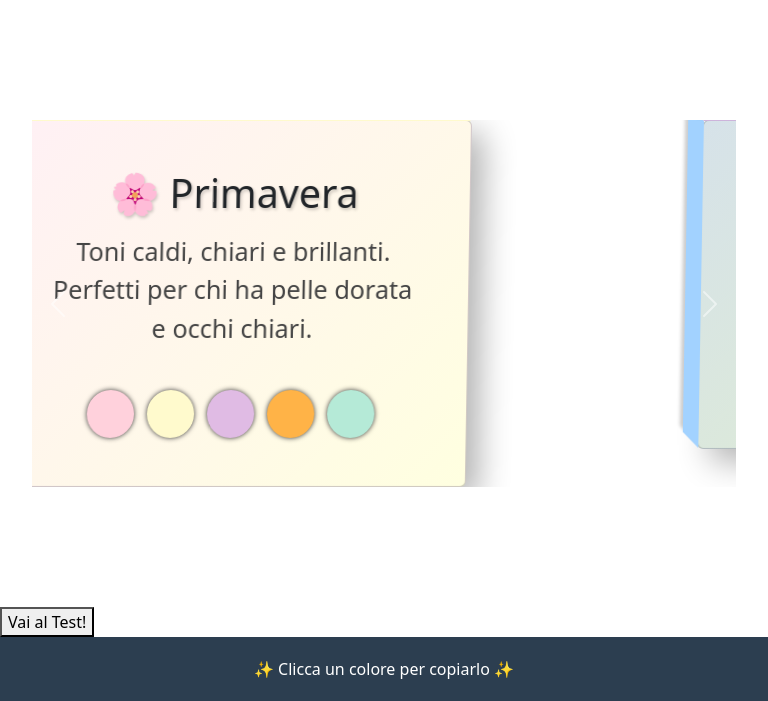
Repository: Probyte5D/Armocromia-website
Page: index.html
These files come from the project's save history. The page is drawn as it stood at one moment and after the next save; the edit follows.
The browser window is 768 px wide. The pictures show the part of the page from y = 480 to 1191 px (the page is 1181 px tall before and 1191 px after).

Above is the page before, as saved 2025-04-18 02:24:08.

After the next save:
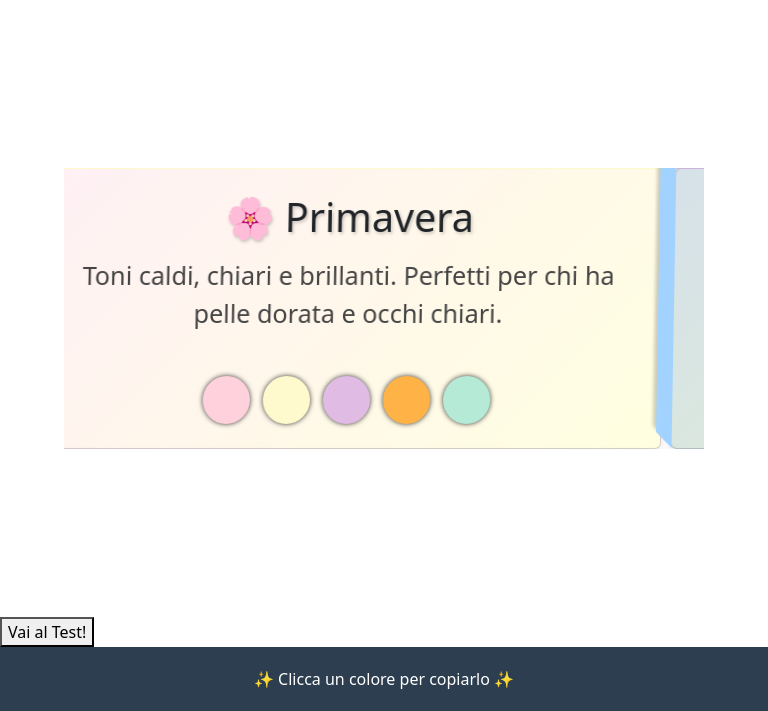
Saved 77 s later.
--- a/style.css
+++ b/style.css
@@ -289,3 +289,43 @@ footer p {
 .inverno::after {
   background-color: #4169e1;
 }
+
+
+ /* Carosello delle stagioni */
+ .carousel-container {
+  padding: 3rem 2rem;
+}
+
+.carousel-inner {
+  display: flex;
+  overflow: hidden;
+}
+
+.carousel-item {
+  flex: 0 0 auto;
+  width: 300px; /* Aumenta la larghezza delle cards */
+  margin-right: 20px;
+  transition: transform 0.3s ease;
+}
+
+.card {
+  width: 100%; /* Imposta la card a 100% della larghezza */
+  padding: 1.5rem;
+  background-color: rgba(255, 255, 255, 0.9);
+  border-radius: 1rem;
+  box-shadow: 0 4px 10px rgba(0, 0, 0, 0.1);
+  transition: transform 0.3s ease;
+}
+
+.carousel-control-prev,
+.carousel-control-next {
+  top: 50%;
+  transform: translateY(-50%);
+}
+
+/* Responsività per schermi più piccoli */
+@media (max-width: 768px) {
+  .carousel-item {
+    width: 100%;
+  }
+}
